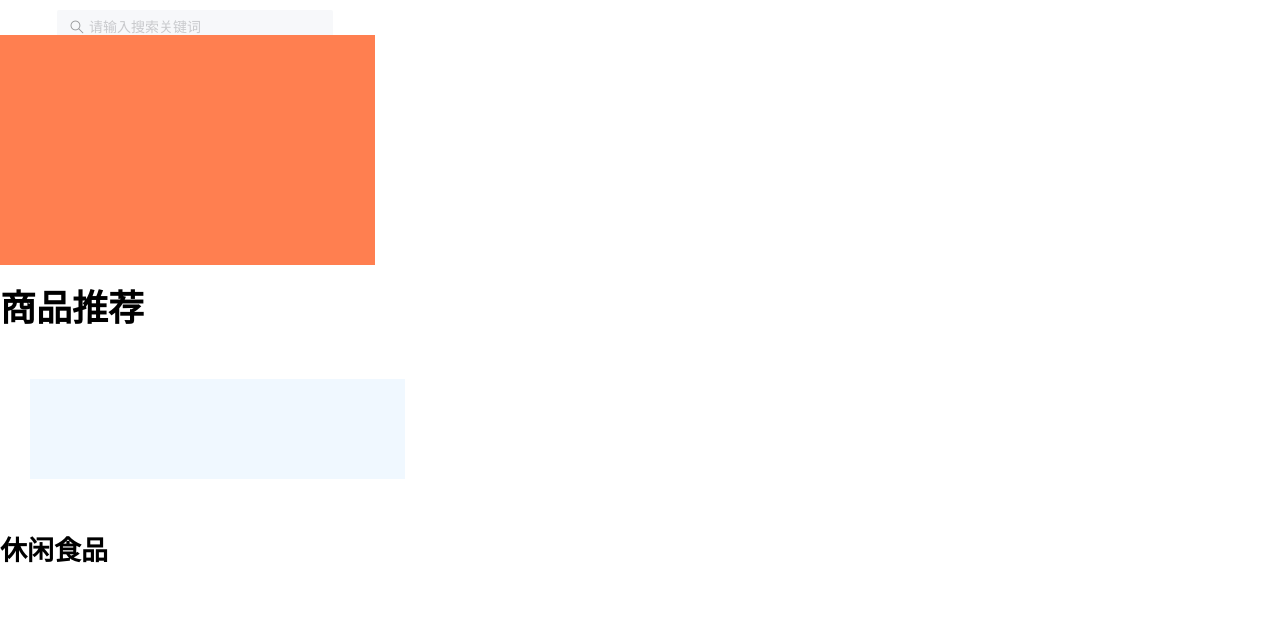
Repository: liyang777777/shangcheng
Page: /
These files come from the project's save history. The page is drawn as it stood at one moment and after the next save; the edit follows.
The browser window is 1280 px wide. The pictures show the whole page.
The page's requests for data from a server got no answer. The project was rebuilt for these pictures with package versions that can differ from the ones it lists, and the page was loaded fresh each time. No one was signed in, and anything a server would have sent is missing. Also part of the build but not shown: vue.config.js. Imported but missing from the stored project, and not drawn on this page: src/views/About.

Above is the page before, as saved 2020-06-23 14:53:58.

After the next save:
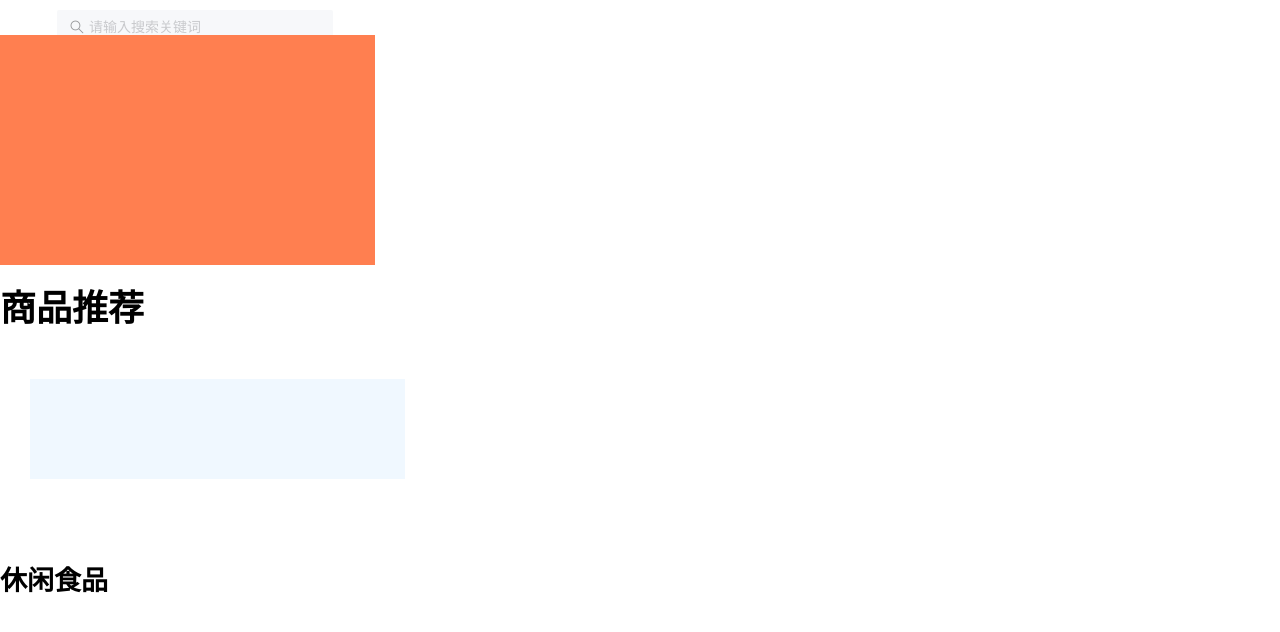
Saved 13 s later.
--- a/src/components/Prre.vue
+++ b/src/components/Prre.vue
@@ -71,6 +71,6 @@ export default {
    width: 200px;
   height: 100px;
   font-size: 18px;
-  margin-top: 50px;
+  margin-top: 80px;
 }
 </style>
